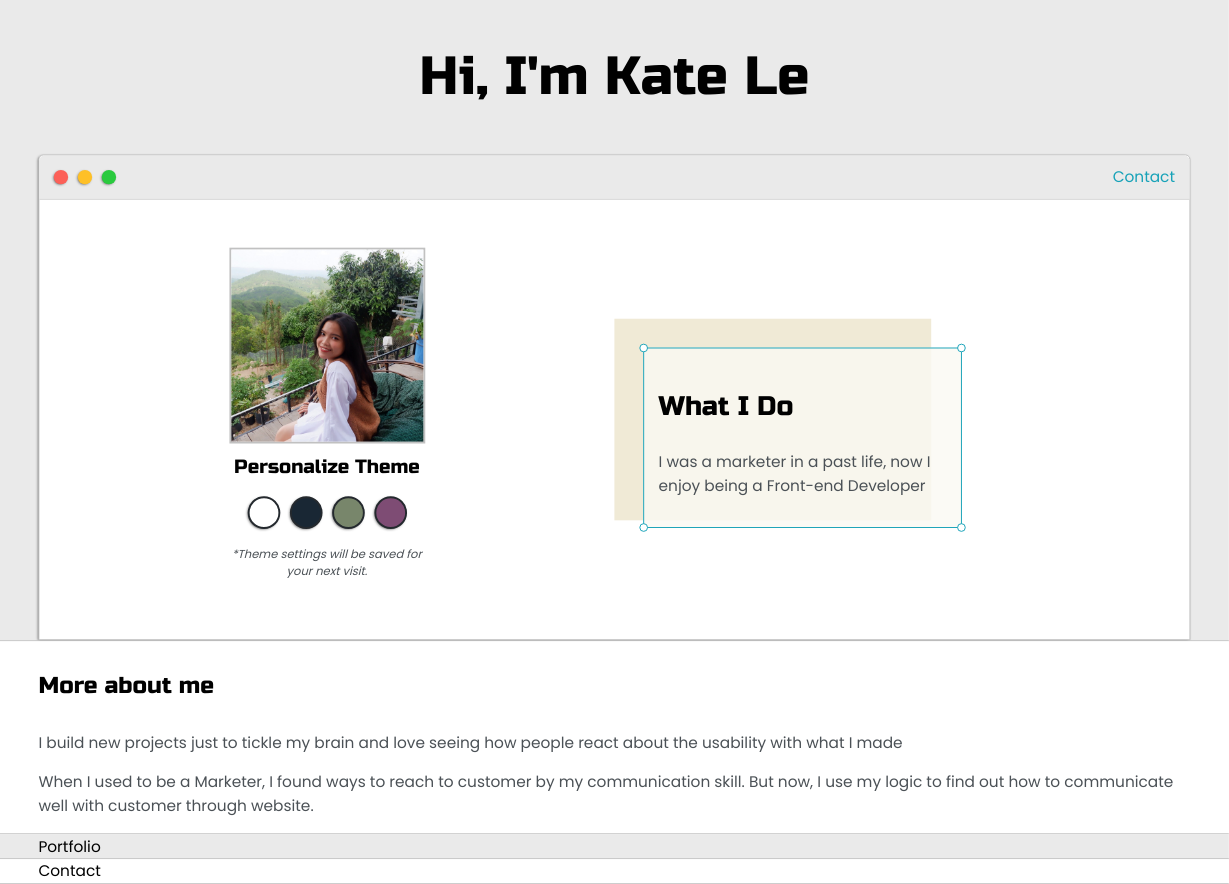
Repository: kate30980/my-persponal-website
Page: index.html
The author's editor kept a copy of each file at every save. The page is drawn from the files as they stood at one save, then again after the next save.
The browser window is 1280 px wide. The pictures show the whole page, at 96% of full size.

Above is the page before, as saved 2021-08-26 21:52:08.

After the next save:
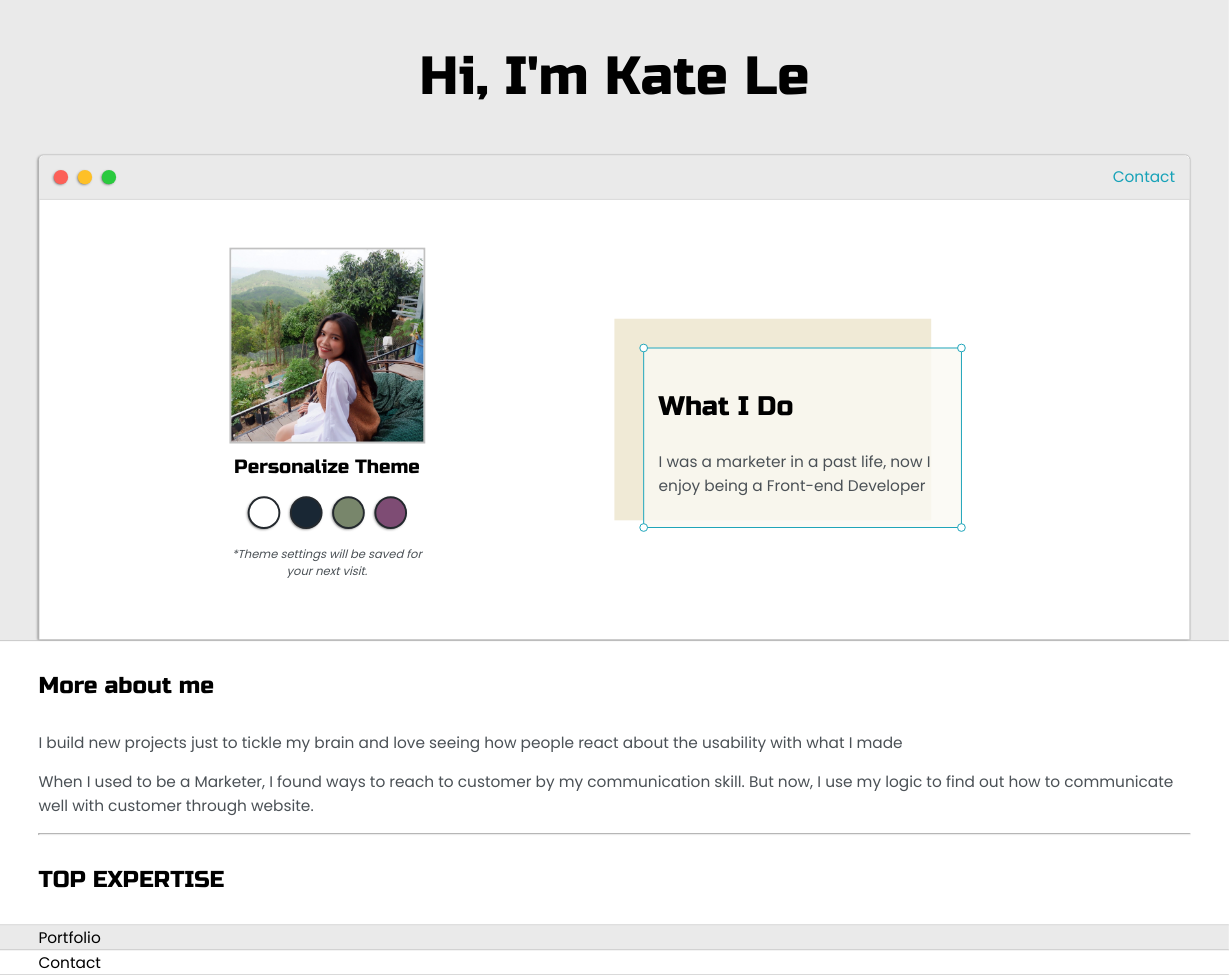
Saved 26 s later.
--- a/index.html
+++ b/index.html
@@ -79,6 +79,9 @@
                     <p>When I used to be a Marketer, I found ways to reach to customer by my communication skill. But
                         now, I use my logic to find out how to communicate well with customer through website.</p>
                 </div>
+                <hr>
+
+                <h4>TOP EXPERTISE</h4>
                 <div class="social-links">
 
                 </div>
